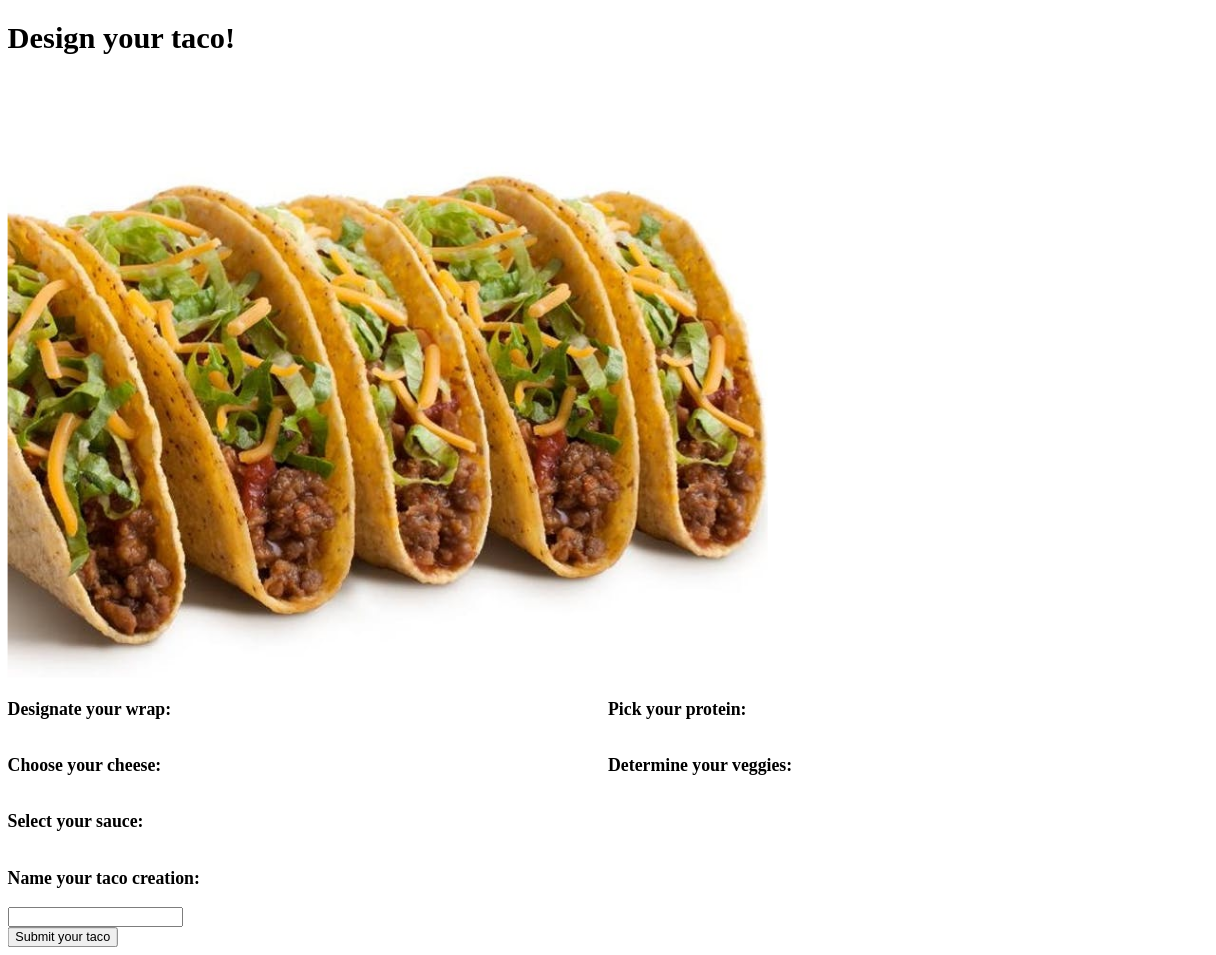
Repository: LucaFinizio/Tacos
Page: http://localhost/design
These files come from the project's save history. The page is drawn as it stood at one moment and after the next save; the edit follows.
The browser window is 1280 px wide. The pictures show the whole page, at 95% of full size.
The page is this project's Thymeleaf template; nobody is signed in. The template is opened directly, without the code that normally fills it, so the values that code supplies are empty.

Above is the page before, as saved 2019-09-12 10:04:59.

After the next save:
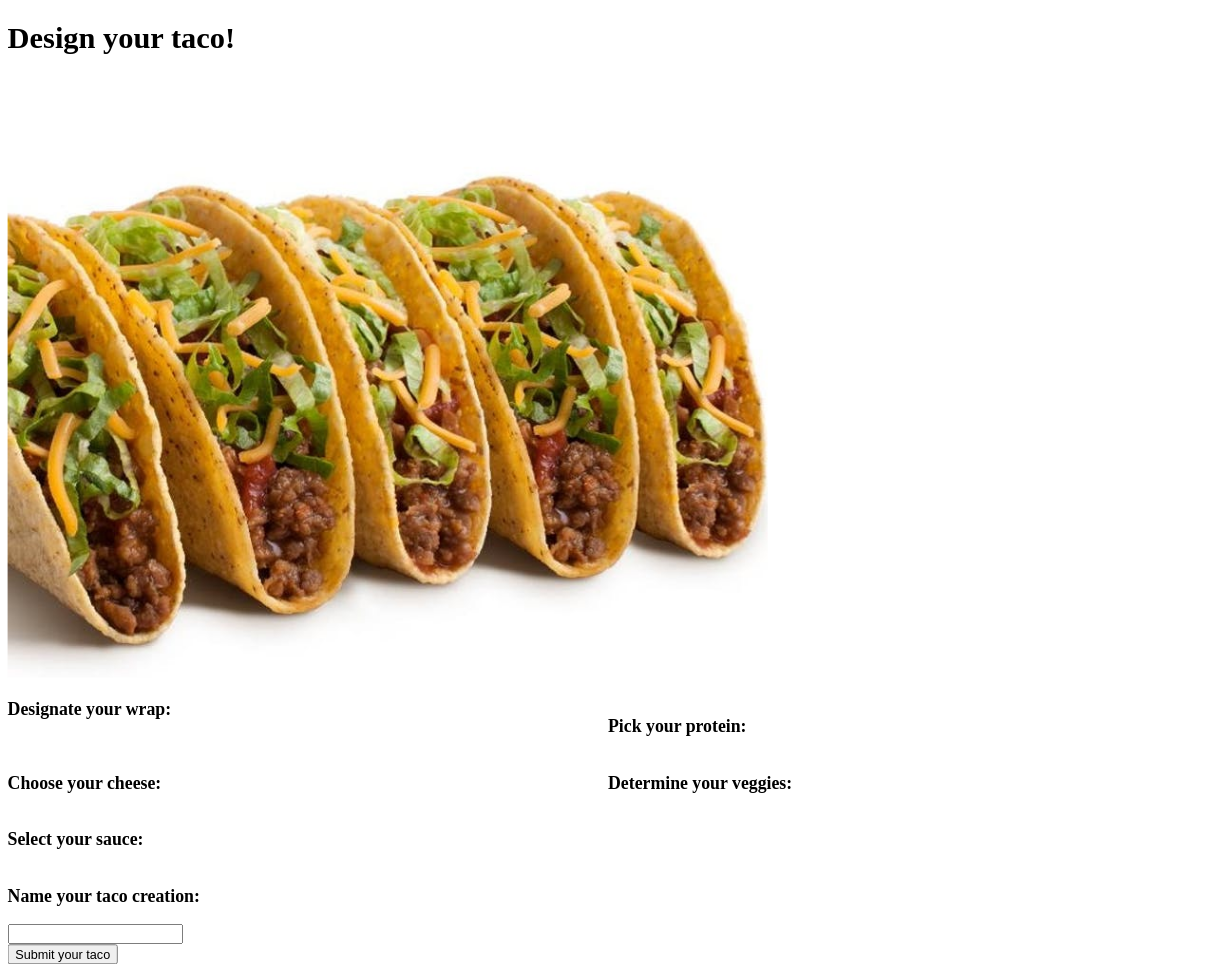
Saved 4 min 14 s later.
--- a/taco-cloud/src/main/resources/templates/design.html
+++ b/taco-cloud/src/main/resources/templates/design.html
@@ -20,7 +20,7 @@
         <span th:text="${ingredient.name}">INGREDIENT</span>
       </div>
       </div>
-
+	  &nbsp;
 	  <div class="ingredient-group" id="proteins">
       <h3>Pick your protein:</h3>
       <div th:each="ingredient : ${protein}">
